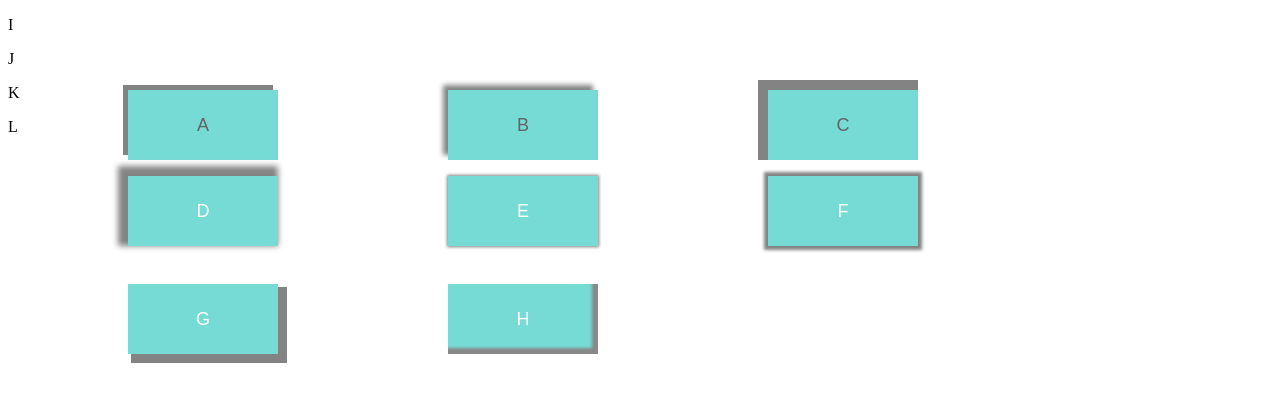
Repository: ThePerez/ArgProg
Page: Practicas ArgProg/Practica 3/Ejercicio 8/index.html
These files come from the project's save history. The page is drawn as it stood at one moment and after a run of saves; the edit follows.
The browser window is 1280 px wide. The pictures show the whole page.

Above is the page before, as saved 2023-03-20 18:17:11.

After the next 2 saves:
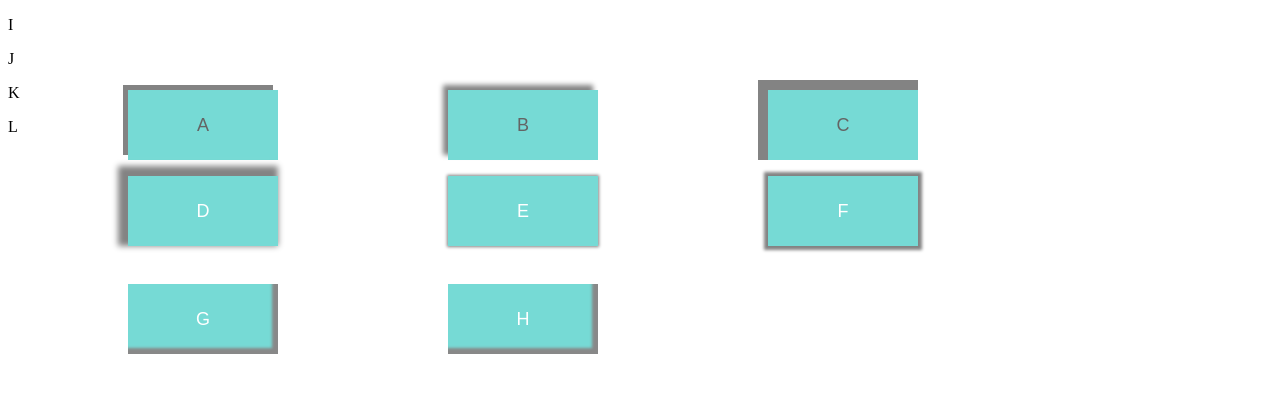
The 2 saves are shown as one change because they came seconds apart.
The last was saved 22 s later.
--- a/Practicas ArgProg/Practica 3/Ejercicio 8/styles.css
+++ b/Practicas ArgProg/Practica 3/Ejercicio 8/styles.css
@@ -106,7 +106,7 @@
      color: #ffffff;
      font-size: 18px;
      background: rgb(118, 218, 213);
-     box-shadow: 6px 6px 0px 3px #838383;
+     box-shadow: inset -5px -5px 3px 1px #888;
      width: 150px;
      height: 70px;
      position: absolute;
